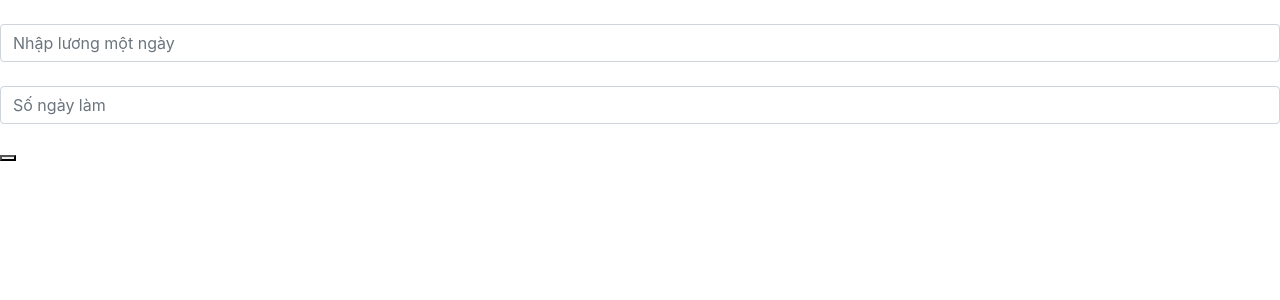
Repository: thanhfrankie/BC10-LeMinhThanh-Js-b2-3
Page: index.html
The author's editor kept a copy of each file at every save. The page is drawn from the files as they stood at one save, then again after the next save.
The browser window is 1280 px wide. The pictures show the whole page.

Above is the page before, as saved 2023-12-15 14:39:23.

### index.html
<!doctype html>
<html lang="en">
  <head>
    <title>Title</title>
    <!-- Required meta tags -->
    <meta charset="utf-8">
    <meta name="viewport" content="width=device-width, initial-scale=1, shrink-to-fit=no">

    <!-- Bootstrap CSS -->
    <link rel="stylesheet" href="https://stackpath.bootstrapcdn.com/bootstrap/4.3.1/css/bootstrap.min.css" integrity="sha384-ggOyR0iXCbMQv3Xipma34MD+dH/1fQ784/j6cY/iJTQUOhcWr7x9JvoRxT2MZw1T" crossorigin="anonymous">
  </head>
  <body>
      <div class="form-group">
        <label for=""></label>
        <input type="number"
          class="form-control" name="" id="" aria-describedby="helpId" placeholder="Nhập lương một ngày">
        <label for=""></label>
        <input type="number"
          class="form-control" name="" id="" aria-describedby="helpId" placeholder="Số ngày làm">
      </div>
      <button ></button>


    <!-- Optional JavaScript -->
    <!-- jQuery first, then Popper.js, then Bootstrap JS -->
    <script src="https://code.jquery.com/jquery-3.3.1.slim.min.js" integrity="sha384-q8i/X+965DzO0rT7abK41JStQIAqVgRVzpbzo5smXKp4YfRvH+8abtTE1Pi6jizo" crossorigin="anonymous"></script>
    <script src="https://cdnjs.cloudflare.com/ajax/libs/popper.js/1.14.7/umd/popper.min.js" integrity="sha384-UO2eT0CpHqdSJQ6hJty5KVphtPhzWj9WO1clHTMGa3JDZwrnQq4sF86dIHNDz0W1" crossorigin="anonymous"></script>
    <script src="https://stackpath.bootstrapcdn.com/bootstrap/4.3.1/js/bootstrap.min.js" integrity="sha384-JjSmVgyd0p3pXB1rRibZUAYoIIy6OrQ6VrjIEaFf/nJGzIxFDsf4x0xIM+B07jRM" crossorigin="anonymous"></script>
    <script src="./index.js"></script>

  </body>
</html>

Loaded but not shown: index.js (no copy from this time; the picture is the same without it)

After the next save:
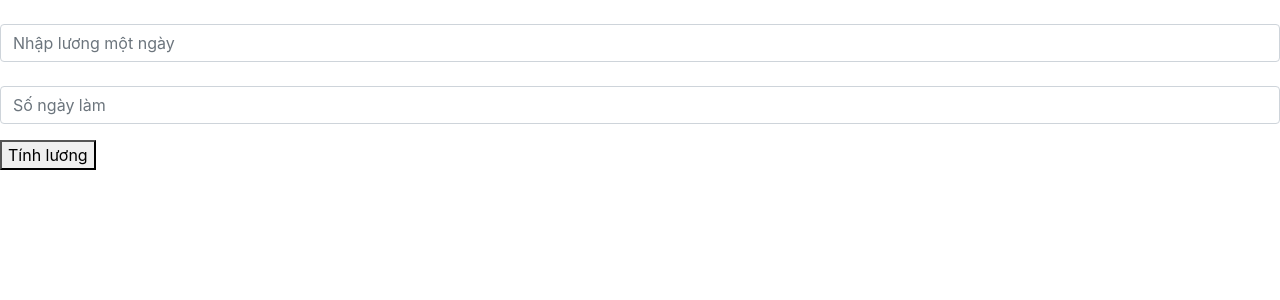
Saved 7 s later.
--- a/index.html
+++ b/index.html
@@ -18,7 +18,7 @@
         <input type="number"
           class="form-control" name="" id="" aria-describedby="helpId" placeholder="Số ngày làm">
       </div>
-      <button ></button>
+      <button >Tính lương</button>
 
 
     <!-- Optional JavaScript -->
